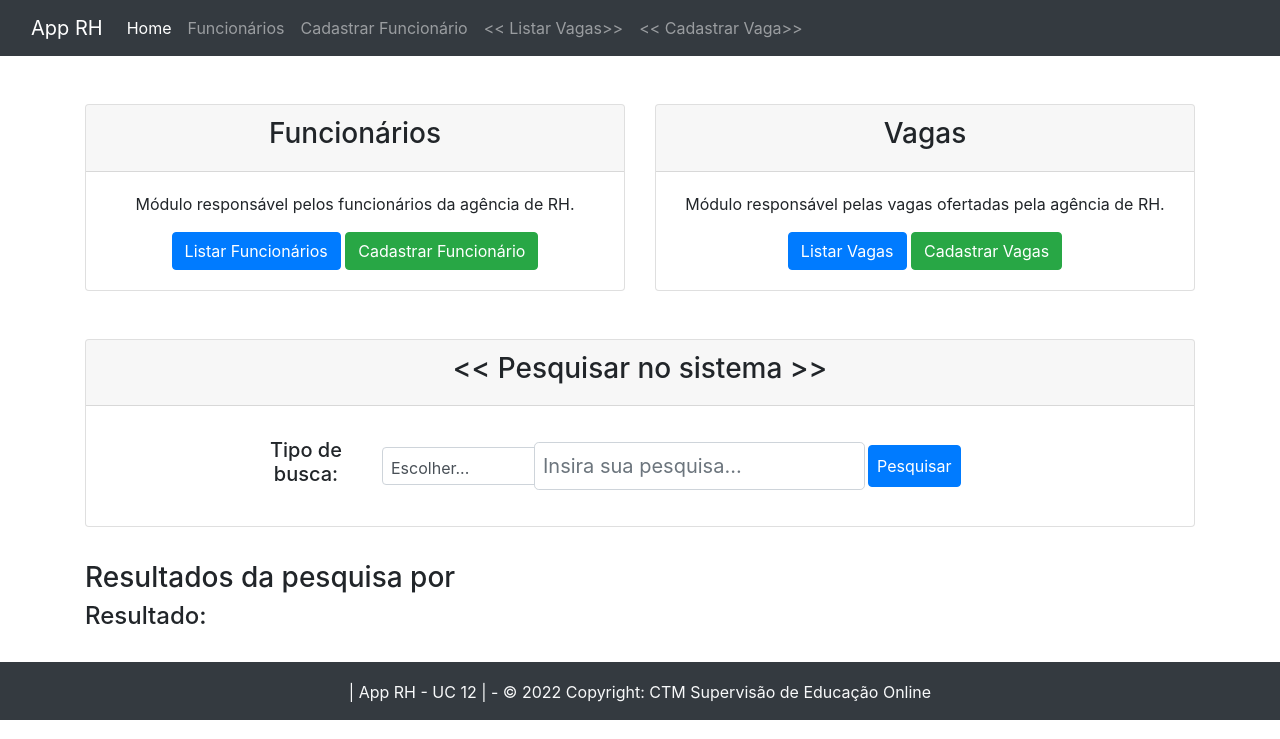
Repository: FilosoDev/SPRING-BOOT-testes
Page: http://localhost/index
The author's editor kept a copy of each file at every save. The page is drawn from the files as they stood at one save, then again after the next save.
The browser window is 1280 px wide. The pictures show the whole page.
The page is this project's Thymeleaf template; nobody is signed in. The template is opened directly, without the code that normally fills it, so the values that code supplies are empty.

Above is the page before, as saved 2021-11-23 17:29:18.
Console error: TypeError: Cannot read properties of undefined (reading 'fn')

After the next save:
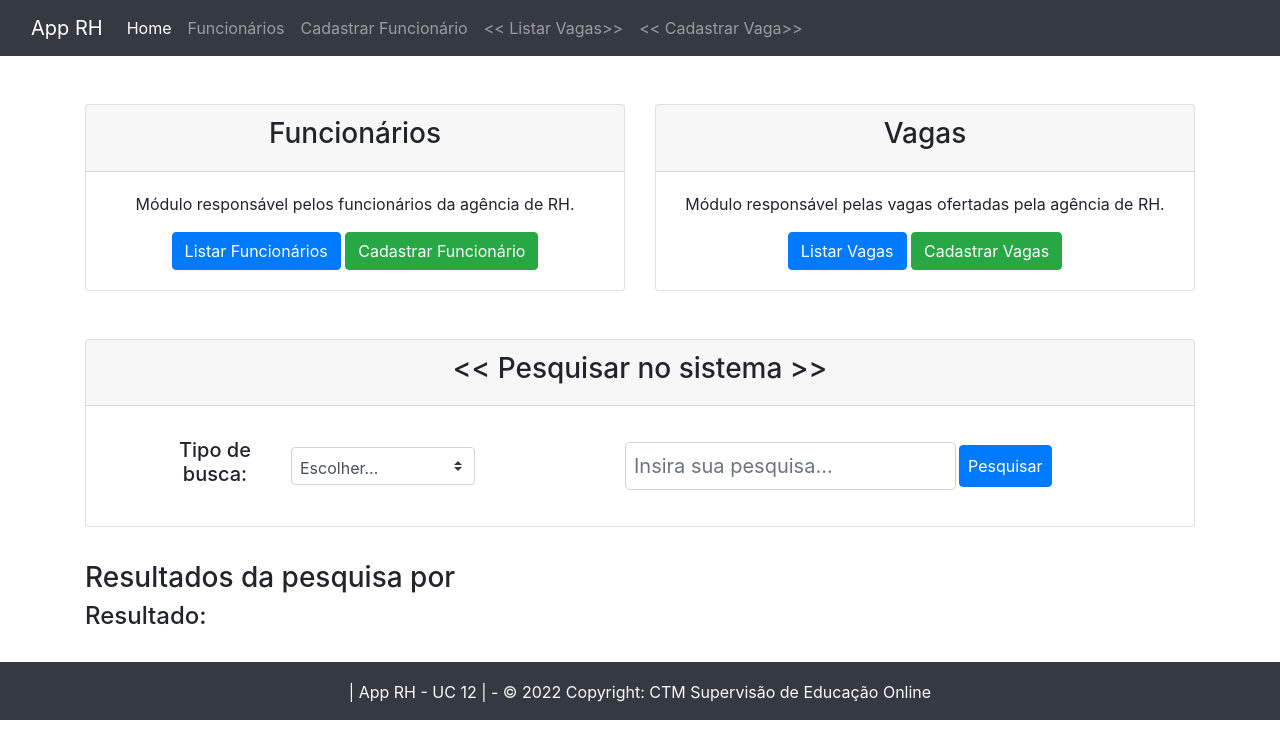
Saved 107 s later.
--- a/AppRH/AppRH/src/main/resources/templates/index.html
+++ b/AppRH/AppRH/src/main/resources/templates/index.html
@@ -109,7 +109,7 @@
 								<label for="cars" class="my-3 p-2"><h5>Tipo de
 										busca:</h5></label>
 							</div>
-							<div class="row col-12 col-md-2">
+							<div class="row col-12 col-md-4">
 
 
 								<select name="busca" id="busca" class="custom-select my-3 p-2">
